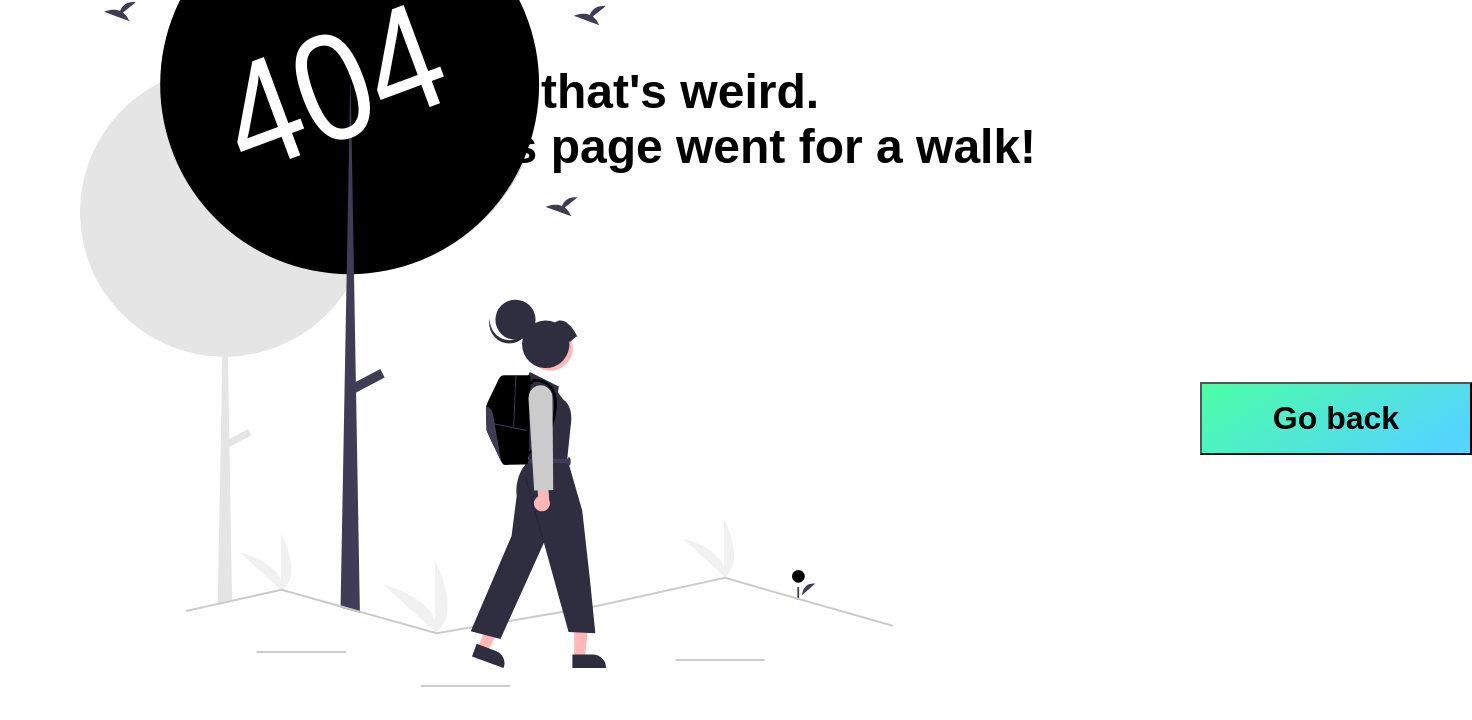
Repository: TeeJaysDev/Portfolio
Page: 404.html
The author's editor kept a copy of each file at every save. The page is drawn from the files as they stood at one save, then again after the next save.
The browser window is 1280 px wide. The page is 1472 px wide, so the pictures cover 1472 px, including what lies to the right of the window. The pictures show the whole page.

Above is the page before, as saved 2021-06-16 21:17:47.

After the next save:
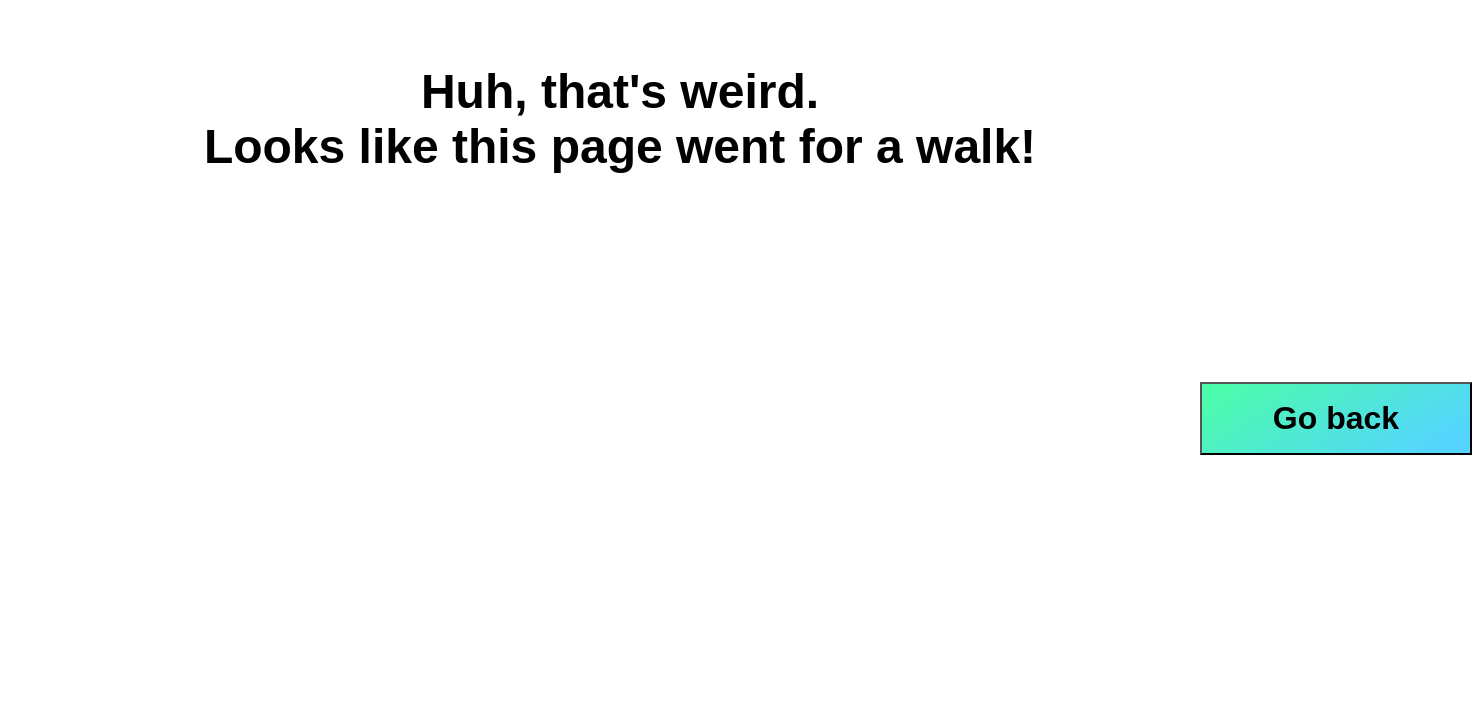
Saved 28 s later.
--- a/404.css
+++ b/404.css
@@ -21,6 +21,8 @@
     text-align: center;
     margin-left: 40rem;
     margin-right: auto;
+    margin-left: -35rem;
+    margin-top: -35rem;
 }
 
 .error img {
